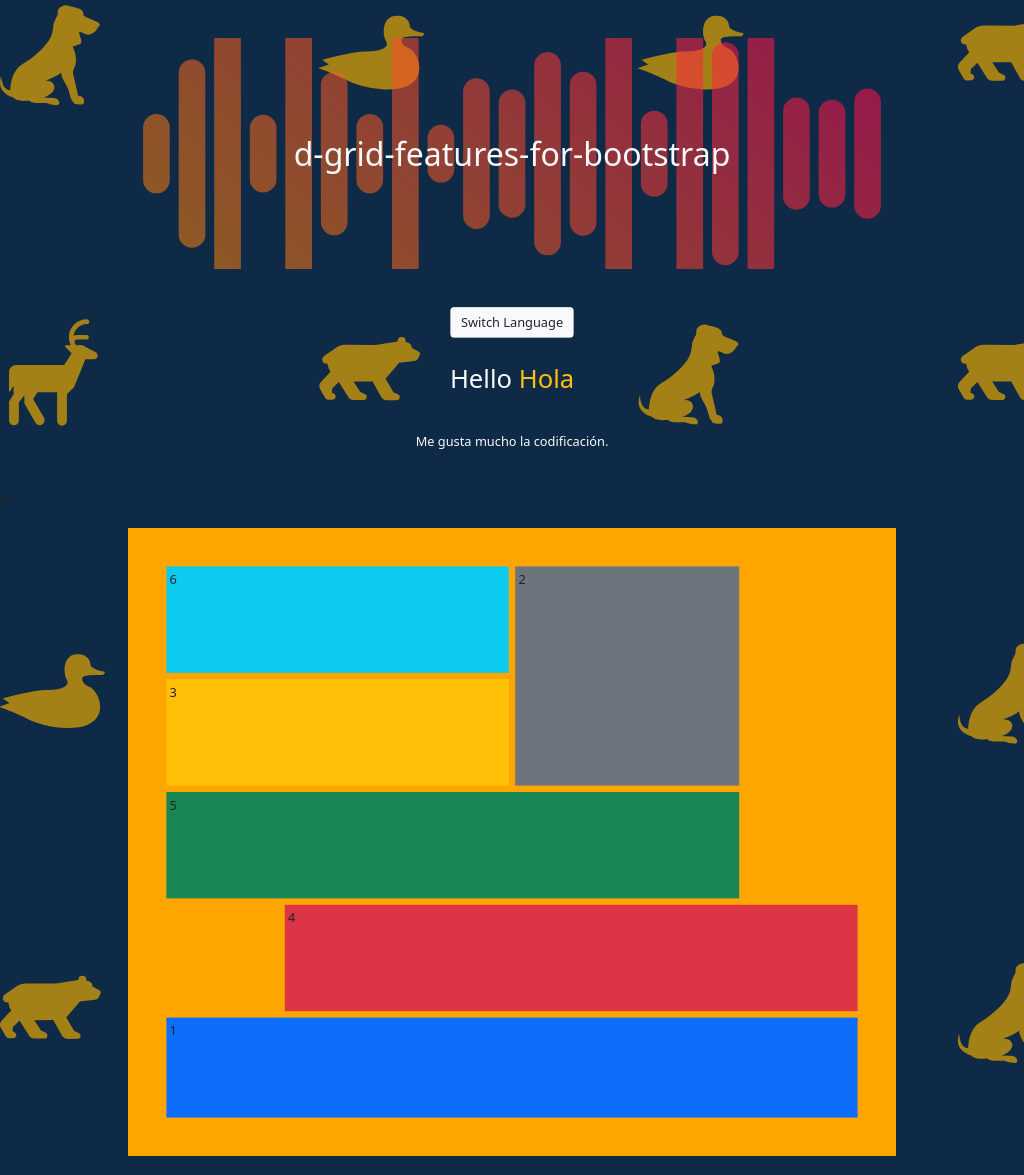
Repository: LynxPardelle/d-grid-features-for-bootstrap
Page: index.html
These files come from the project's save history. The page is drawn as it stood at one moment and after the next save; the edit follows.
The browser window is 1280 px wide. The pictures show the whole page, at 80% of full size.

Above is the page before, as saved 2021-10-20 23:45:18.

### index.html
<!DOCTYPE html>
<html lang="es">
  <head>
    <meta charset="UTF-8" />
    <meta http-equiv="X-UA-Compatible" content="IE=edge" />
    <meta name="viewport" content="width=device-width, initial-scale=1.0" />
    <meta name="author" content="Lynx Pardelle" />
    <title>d-grid-features-for-bootstrap</title>
    <link
      href="https://cdn.jsdelivr.net/npm/bootstrap@5.1.3/dist/css/bootstrap.min.css"
      rel="stylesheet"
      integrity="sha384-1BmE4kWBq78iYhFldvKuhfTAU6auU8tT94WrHftjDbrCEXSU1oBoqyl2QvZ6jIW3"
      crossorigin="anonymous"
    />
    <style>
      body {
        background-image: url("data:[embedded picture, 9376 characters]");
        background-size: cover;
        background-repeat: repeat;
        background-position: left top;
      }

      h1 {
        background-image: url("data:[embedded picture, 2297 characters]");
        background-size: cover;
        background-repeat: no-repeat;
        background-position: center center;
        padding: 7.5rem;
      }
    </style>
  </head>
  <body>
    <h1 class="text-center text-light my-5">d-grid-features-for-bootstrap</h1>

    <button id="switch-lang" class=" d-block mx-auto btn btn-light text-dark ">Switch Language</button>

    <h2 class="text-center text-light p-3 m-3">
      <span data-lang="en" class="text-warning">Hello</span>
      <span data-lang="es" class="text-warning">Hola</span>
    </h2>

    <div class="text-center text-light p-3 m-3">
      <p data-lang="en">I really enjoy coding.</p>
      <p data-lang="es">Me gusta mucho la codificación.</p>
    </div>p>
    </div>

    <!-- <section class="d-grid bg-dark" data-gfbs data-gfbs-gtc="repeat(4, 1fr)" data-gfbs-gtr="repeat(2, 50px)" > -->
    <!-- <section class="d-grid bg-dark" data-gfbs data-gfbs-gta='"f f b c c a"" f f d e e a"'> -->
    <section
      class="d-grid w-75 mx-auto my-4"
      data-gfbs
      data-gfbs-custom="background-color: black; padding: 1rem;"
      data-gfbs-custom-sm="background-color: pink; padding: 2rem;"
      data-gfbs-custom-md="background-color: orange; padding: 3rem;"
      data-gfbs-gt='
      [row1-start] "a a b ." 12.5px [row1-end]
      [row2-start] "a a b ." 12.5px [row2-end]
      [row3-start] "c c b d" 12.5px [row3-end]
      [row4-start] "c c b d" 12.5px [row4-end]
      [row5-start] "e e e d" 12.5px [row5-end]
      [row6-start] "e e e d" 12.5px [row6-end]
      [row7-start] ". f f f" 12.5px [row7-end]
      [row8-start] ". f f f" 12.5px [row8-end]
      [row9-start] "g g g g" 25px [row9-end]
      / 2fr 1fr 1fr 3fr'
      data-gfbs-gt-sm='
      [row1-start] "a b b ." 25px [row1-end]
      [row2-start] "a b b ." 25px [row2-end]
      [row3-start] "c c c ." 25px [row3-end]
      [row4-start] "c c c ." 25px [row4-end]
      [row5-start] "e e d d" 25px [row5-end]
      [row6-start] "e e d d" 25px [row6-end]
      [row7-start] ". f f ." 25px [row7-end]
      [row8-start] ". f f ." 25px [row8-end]
      [row9-start] "g g g g" 50px [row9-end]
      / 1fr 2fr 2fr 1fr'
      data-gfbs-gt-md='
      [row1-start] "a a a b" 37.5px [row1-end]
      [row2-start] "a a a b" 37.5px [row2-end]
      [row3-start] "c c d d" 37.5px [row3-end]
      [row4-start] "c c d d" 37.5px [row4-end]
      [row5-start] "e e d d" 37.5px [row5-end]
      [row6-start] "e e d d" 37.5px [row6-end]
      [row7-start] "f f f f" 37.5px [row7-end]
      [row8-start] "g g g g" 37.5px [row8-end]
      [row9-start] "g g g g" 75px [row9-end]
      / 1fr 2fr 2fr 1fr'
      data-gfbs-gt-lg='
      [row1-start] "a a b ." 50px [row1-end]
      [row2-start] "a a b ." 50px [row2-end]
      [row3-start] "c c b d" 50px [row3-end]
      [row4-start] "c c b d" 50px [row4-end]
      [row5-start] "e e e d" 50px [row5-end]
      [row6-start] "e e e d" 50px [row6-end]
      [row7-start] ". f f f" 50px [row7-end]
      [row8-start] ". f f f" 50px [row8-end]
      [row9-start] "g g g g" 100px [row9-end]
      / 1fr 2fr 2fr 1fr'
      data-gfbs-gt-xl='
      [row1-start] "a a b ." 62.5px [row1-end]
      [row2-start] "a a b ." 62.5px [row2-end]
      [row3-start] "c c b d" 62.5px [row3-end]
      [row4-start] "c c b d" 62.5px [row4-end]
      [row5-start] "e e e d" 62.5px [row5-end]
      [row6-start] "e e e d" 62.5px [row6-end]
      [row7-start] ". f f f" 62.5px [row7-end]
      [row8-start] ". f f f" 62.5px [row8-end]
      [row9-start] "g g g g" 125px [row9-end]
      / 1fr 2fr 2fr 1fr'
      data-gfbs-gt-xxl='
      [row1-start] "a a b ." 87.5px [row1-end]
      [row2-start] "a a b ." 87.5px [row2-end]
      [row3-start] "c c b d" 87.5px [row3-end]
      [row4-start] "c c b d" 87.5px [row4-end]
      [row5-start] "e e e d" 87.5px [row5-end]
      [row6-start] "e e e d" 87.5px [row6-end]
      [row7-start] ". f f f" 87.5px [row7-end]
      [row8-start] ". f f f" 87.5px [row8-end]
      [row9-start] "g g g g" 150px [row9-end]
      / 1fr 2fr 2fr 1fr'
      data-gfbs-gap="0.5rem"
    >
      <!-- data-gfbs-cg="1rem"
      data-gfbs-rg="1rem" -->
      <div
        data-gfbs
        data-gfbs-iga="a"
        data-gfbs-iga-sm="g"
        class="bg-primary p-1"
      >
        1
      </div>

      <div data-gfbs data-gfbs-iga="b" class="bg-secondary p-1">2</div>
      <div data-gfbs data-gfbs-iga="c" class="bg-warning p-1">3</div>
      <div
        data-gfbs
        data-gfbs-iga="d"
        data-gfbs-iga-lg="f"
        class="bg-danger p-1"
      >
        4
      </div>
      <div data-gfbs data-gfbs-iga="e" class="bg-success p-1">5</div>
      <div data-gfbs data-gfbs-iga="f" data-gfbs-iga-md="a" class="bg-info p-1">
        6
      </div>
    </section>

    <script
      src="https://cdn.jsdelivr.net/npm/bootstrap@5.1.3/dist/js/bootstrap.bundle.min.js"
      integrity="sha384-ka7Sk0Gln4gmtz2MlQnikT1wXgYsOg+OMhuP+IlRH9sENBO0LRn5q+8nbTov4+1p"
      crossorigin="anonymous"
    ></script>
    <script src="./d-grid.js"></script>
    <script src="./langChanger.js"></script>
  </body>
</html>

### d-grid.js
"use strict";

function gridCreate(){
  let wWidth = window.innerWidth;
  let gridElements = document.querySelectorAll("[data-gfbs]");

  function checkIfHasBP(gridElement, atr) {
    let hasIt = false;
    for (let attribute of gridElement.attributes) {
      let at = attribute.localName;
      if (at.includes(atr)) {
        switch (true) {
          case at.includes("-sm") && wWidth >= 576 && wWidth < 768:
            hasIt = true;
            break;
          case at.includes("-md") && wWidth >= 768 && wWidth < 992:
            hasIt = true;
            break;
          case at.includes("-lg") && wWidth >= 992 && wWidth < 1200:
            hasIt = true;
            break;
          case at.includes("-xl") && wWidth >= 1200 && wWidth < 1400:
            hasIt = true;
            break;
          case at.includes("-xxl") && wWidth >= 1400:
            hasIt = true;
            break;
        }
      }
    }

    return hasIt;
  }

  for (let gridElement of gridElements) {
    for (let attribute of gridElement.attributes) {
      let at = attribute.localName;
      let attValue = attribute.value;

      if (
        at.includes("gfbs-") &&
        ((!at.includes("-sm") &&
          !at.includes("-md") &&
          !at.includes("-lg") &&
          !at.includes("-xl") &&
          !at.includes("-xxl") &&
          !checkIfHasBP(gridElement, at)) ||
          (at.includes("-sm") &&
            wWidth >= 576 &&
            (!at.includes("-md") || (at.includes("-md") && wWidth < 768)) &&
            (!at.includes("-lg") || (at.includes("-lg") && wWidth < 992)) &&
            (!at.includes("-xl") || (at.includes("-xl") && wWidth < 1200)) &&
            (!at.includes("-xll") || (at.includes("-xxl") && wWidth < 1400))) ||
          (at.includes("-md") &&
            wWidth >= 768 &&
            (!at.includes("-lg") || (at.includes("-lg") && wWidth < 992)) &&
            (!at.includes("-xl") || (at.includes("-xl") && wWidth < 1200)) &&
            (!at.includes("-xll") || (at.includes("-xxl") && wWidth < 1400))) ||
          (at.includes("-lg") &&
            wWidth >= 992 &&
            (!at.includes("-xl") || (at.includes("-xl") && wWidth < 1200)) &&
            (!at.includes("-xll") || (at.includes("-xxl") && wWidth < 1400))) ||
          (at.includes("-xl") &&
            wWidth >= 1200 &&
            (!at.includes("-xll") || (at.includes("-xxl") && wWidth < 1400))) ||
          (at.includes("-xxl") && wWidth >= 1400))
      ) {
        switch (true) {
          /* Container */
          case at.includes("custom"):
            gridElement.style.cssText += attValue;
            break;
          case at.includes("gtc"):
            gridElement.style.gridTemplateColumns = attValue;
            break;
          case at.includes("gtr"):
            gridElement.style.gridTemplateRows = attValue;
            break;
          case at.includes("gta"):
            gridElement.style.gridTemplateAreas = attValue;
            break;
          case at.includes("gt"):
            gridElement.style.gridTemplate = attValue;
            break;
          case at.includes("cg"):
            gridElement.style.columnGap = attValue;
            break;
          case at.includes("rg"):
            gridElement.style.rowGap = attValue;
            break;
          case at.includes("gap"):
            gridElement.style.gap = attValue;
            break;
          case at.includes("ji"):
            gridElement.style.justifyItems = attValue;
            break;
          case at.includes("ai"):
            gridElement.style.alignItems = attValue;
            break;
          case at.includes("pi"):
            gridElement.style.placeItems = attValue;
            break;
          case at.includes("jc"):
            gridElement.style.justifyContent = attValue;
            break;
          case at.includes("ac"):
            gridElement.style.alignContent = attValue;
            break;
          case at.includes("pc"):
            gridElement.style.placeContent = attValue;
            break;
          case at.includes("gac"):
            gridElement.style.gridAutoColumns = attValue;
            break;
          case at.includes("gar"):
            gridElement.style.gridAutoRows = attValue;
            break;
          case at.includes("gaf"):
            gridElement.style.gridAutoFlow = attValue;
            break;
          case at.includes("grid"):
            gridElement.style.grid = attValue;
            break;

          /* Item */
          case at.includes("gcs"):
            gridElement.style.gridColumnStart = attValue;
            break;
          case at.includes("gce"):
            gridElement.style.gridColumnEnd = attValue;
            break;
          case at.includes("gc"):
            gridElement.style.gridColumn = attValue;
            break;
          case at.includes("grs"):
            gridElement.style.gridRowStart = attValue;
            break;
          case at.includes("gre"):
            gridElement.style.gridRowEnd = attValue;
            break;
          case at.includes("gr"):
            gridElement.style.gridRow = attValue;
            break;
          case at.includes("iga"):
            gridElement.style.gridArea = attValue;
            break;
          case at.includes("js"):
            gridElement.style.justifySelf = attValue;
            break;
          case at.includes("as"):
            gridElement.style.alignSelf = attValue;
            break;
          case at.includes("ps"):
            gridElement.style.placeSelf = attValue;
            break;
        }
      }
    }
  }
}

window.onload = gridCreate();
window.addEventListener("resize", gridCreate);

### langChanger.js
let langEs = false;
let langEn = true;

let elementsEs = document.querySelectorAll('[data-lang="es"]');
let elementsEn = document.querySelectorAll('[data-lang="en"]');
console.log(elementsEn);
console.log(elementsEs);
for (let element of elementsEn) {
  console.log(element);
  element.className += "d-none";
}

document.getElementById("switch-lang").addEventListener("click", SwitchLang());
function SwitchLang() {
  langEs = !langEs;
  langEn = !langEn;

  console.log(langEs);
  console.log(langEn);
  switch (true) {
    case langEs === true:
      for (let element of elementsEn) {
        console.log(element);
        if (!hasClass(element, "d-none")) {
          element.className += "d-none";
        }
      }
      for (let element of elementsEs) {
        console.log(element);
        console.log(element.classList);
        if (hasClass(element, "d-none")) {
          element.classList.remove("d-none");
        }
      }
      break;
    case langEn === true:
      for (let element of elementsEs) {
        console.log(element);
        if (!hasClass(element, "d-none")) {
          element.className += "d-none";
        }
      }
      for (let element of elementsEn) {
        console.log(element);
        console.log(element.classList);
        if (hasClass(element, "d-none")) {
          element.classList.remove("d-none");
        }
      }
      break;
  }
}

function hasClass(element, className) {
  return (" " + element.className + " ").indexOf(" " + className + " ") > -1;
}

After the next save:
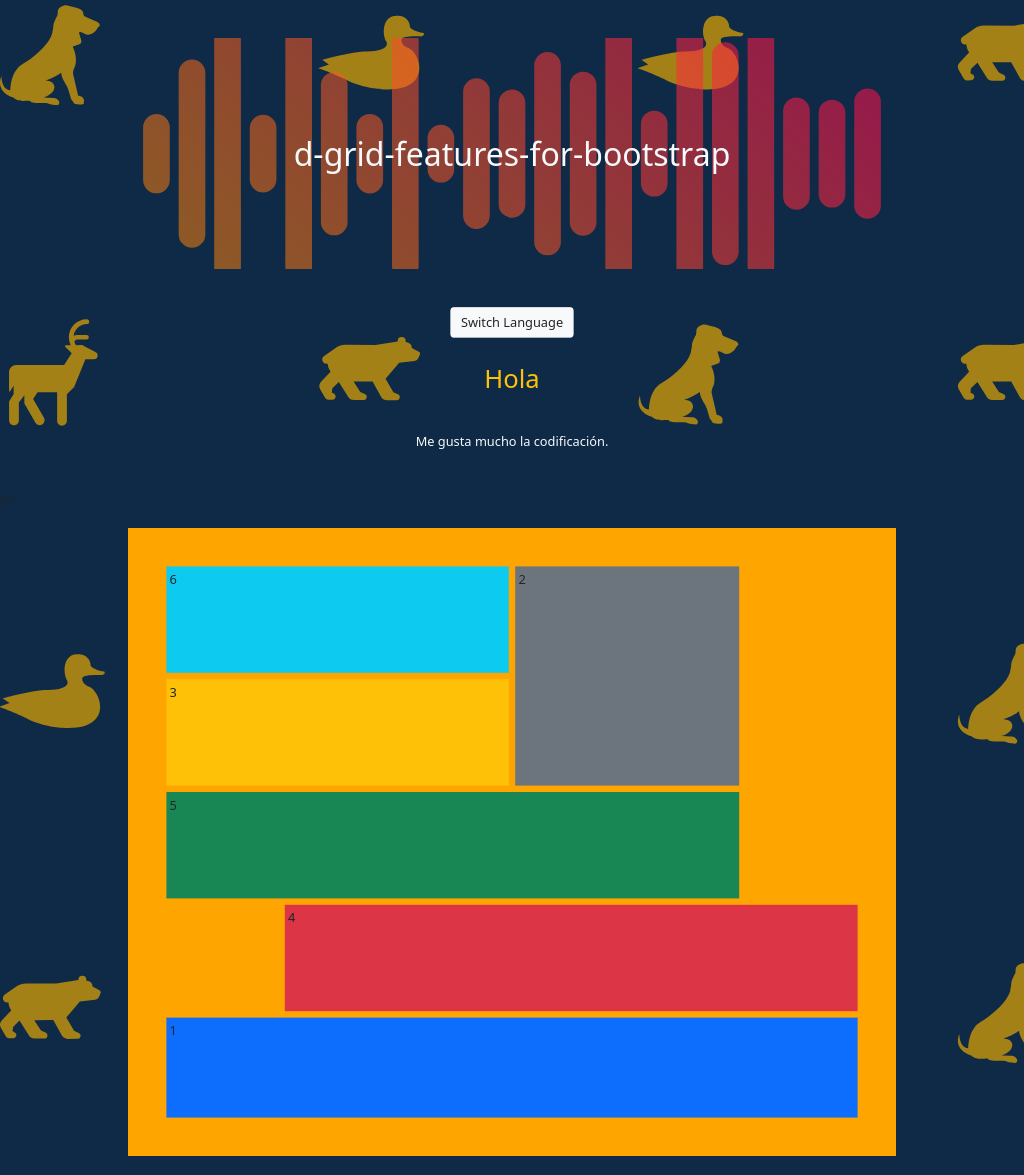
Saved 71 s later.
--- a/langChanger.js
+++ b/langChanger.js
@@ -7,7 +7,7 @@ console.log(elementsEn);
 console.log(elementsEs);
 for (let element of elementsEn) {
   console.log(element);
-  element.className += "d-none";
+  element.classList.add("d-none");
 }
 
 document.getElementById("switch-lang").addEventListener("click", SwitchLang());
@@ -22,7 +22,7 @@ function SwitchLang() {
       for (let element of elementsEn) {
         console.log(element);
         if (!hasClass(element, "d-none")) {
-          element.className += "d-none";
+          element.classList.add("d-none");
         }
       }
       for (let element of elementsEs) {
@@ -37,7 +37,7 @@ function SwitchLang() {
       for (let element of elementsEs) {
         console.log(element);
         if (!hasClass(element, "d-none")) {
-          element.className += "d-none";
+          element.classList.add("d-none");
         }
       }
       for (let element of elementsEn) {
